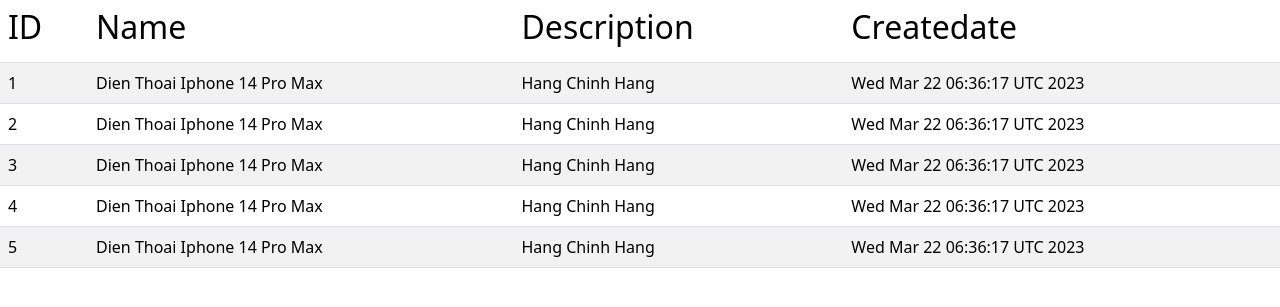
Repository: saiyagodvp/_java4
Page: http://localhost/slide4/product
These files come from the project's save history. The page is drawn as it stood at one moment and after the next save; the edit follows.
The browser window is 1280 px wide. The pictures show the whole page.
The page is served by Tomcat 9. Other server files are loaded and not shown.

Above is the page before, as saved 2023-03-24 10:58:35.

### slide4/src/main/webapp/product/list.jsp
<%@page import="org.apache.jasper.tagplugins.jstl.core.ForEach"%>
<%@ page language="java" contentType="text/html; charset=UTF-8"
	pageEncoding="UTF-8"%>

<%@page import="java.util.List"%>
<%@page import="model.Product "%>
<%@taglib uri="http://java.sun.com/jsp/jstl/core" prefix="c"%>
<!DOCTYPE html>
<html>
<head>
<link
	href="https://cdn.jsdelivr.net/npm/bootstrap@5.3.0-alpha1/dist/css/bootstrap.min.css"
	rel="stylesheet">
<script
	src="https://cdn.jsdelivr.net/npm/bootstrap@5.3.0-alpha1/dist/js/bootstrap.bundle.min.js"></script>

<script
	src="https://cdnjs.cloudflare.com/ajax/libs/angular.js/1.8.3/angular.min.js"
	integrity="sha512-KZmyTq3PLx9EZl0RHShHQuXtrvdJ+m35tuOiwlcZfs/rE7NZv29ygNA8SFCkMXTnYZQK2OX0Gm2qKGfvWEtRXA=="
	crossorigin="anonymous" referrerpolicy="no-referrer">

</script>
<script
	src="https://cdnjs.cloudflare.com/ajax/libs/angular.js/1.8.3/angular.min.js"
	integrity="sha512-KZmyTq3PLx9EZl0RHShHQuXtrvdJ+m35tuOiwlcZfs/rE7NZv29ygNA8SFCkMXTnYZQK2OX0Gm2qKGfvWEtRXA=="
	crossorigin="anonymous" referrerpolicy="no-referrer">

</script>
<meta charset="UTF-8">
<title>Insert title here</title>
</head>
<body align="center">
	<%-- <%
		List<Product> products = (List<Product>) request.getAttribute("listproducts");
		for (Product p : products){
			response.getWriter().print(p.getName());
		}
	%> --%>

	<!-- &nbsp -->

	<table class="table table-hover  table-striped ">
		<thead>
			<td><h2>ID</h2></td>
			<td><h2>Name</h2></td>
			<td><h2>Description</h2></td>
			<td><h2>Createdate</h2></td>
		</thead>
		<tbody>
			<c:forEach items="${listProducts}" var="p">
				<tr>
					<td>${p.id}</td>
					<td>${p.name}</td>
					<td>${p.description}</td>
					<td>${p.createdate}</td>
				</tr>
			</c:forEach>
		</tbody>
	</table>
</body>
</html>

### slide4/src/main/java/controller/ProductController.java
package controller;

import java.io.IOException;
import java.util.ArrayList;
import java.util.Date;
import java.util.List;
import model.Product;
import javax.servlet.ServletException;
import javax.servlet.annotation.WebServlet;
import javax.servlet.http.HttpServlet;
import javax.servlet.http.HttpServletRequest;
import javax.servlet.http.HttpServletResponse;


@WebServlet("/product")
public class ProductController extends HttpServlet {
	private static final long serialVersionUID = 1L;

	public ProductController() {
		super();
		// TODO Auto-generated constructor stub
	}

	protected void doGet(HttpServletRequest request, HttpServletResponse response)
			throws ServletException, IOException {
		List<Product> p = new ArrayList<>();
		p.add(new Product(1, "Dien Thoai Iphone 14 Pro Max", "Hang Chinh Hang", new Date()));
		p.add(new Product(2, "Dien Thoai Iphone 14 Pro Max", "Hang Chinh Hang", new Date()));
		p.add(new Product(3, "Dien Thoai Iphone 14 Pro Max", "Hang Chinh Hang", new Date()));
		p.add(new Product(4, "Dien Thoai Iphone 14 Pro Max", "Hang Chinh Hang", new Date()));
		p.add(new Product(5, "Dien Thoai Iphone 14 Pro Max", "Hang Chinh Hang", new Date()));
		request.setAttribute("listProducts", p);
		request.getRequestDispatcher("/product/list.jsp").forward(request, response);
	}

	protected void doPost(HttpServletRequest request, HttpServletResponse response)
			throws ServletException, IOException {

	}

}

### slide4/src/main/java/model/Product.java
package model;

import java.util.Date;

public class Product {
	private int id;
	private String name;
	private String description;
	private Date createdate;

	public Product() {
		super();
	}

	public Product(int id, String name, String description, Date createdate) {
		super();
		this.id = id;
		this.name = name;
		this.description = description;
		this.createdate = createdate;
	}

	public int getId() {
		return id;
	}

	public void setId(int id) {
		this.id = id;
	}

	public String getName() {
		return name;
	}

	public void setName(String name) {
		this.name = name;
	}

	public String getDescription() {
		return description;
	}

	public void setDescription(String description) {
		this.description = description;
	}

	public Date getCreatedate() {
		return createdate;
	}

	public void setCreatedate(Date createdate) {
		this.createdate = createdate;
	}

}

After the next save:
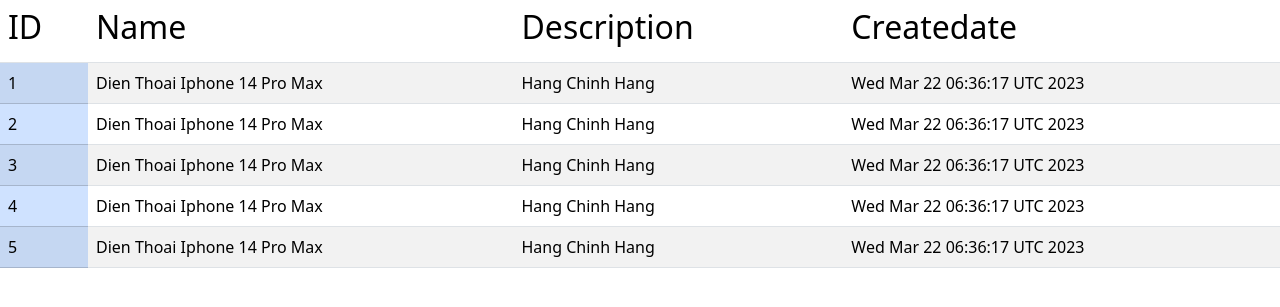
Saved 21 s later.
--- a/slide4/src/main/webapp/product/list.jsp
+++ b/slide4/src/main/webapp/product/list.jsp
@@ -49,7 +49,7 @@
 		<tbody>
 			<c:forEach items="${listProducts}" var="p">
 				<tr>
-					<td>${p.id}</td>
+					<td class="table-primary">${p.id}</td>
 					<td>${p.name}</td>
 					<td>${p.description}</td>
 					<td>${p.createdate}</td>
